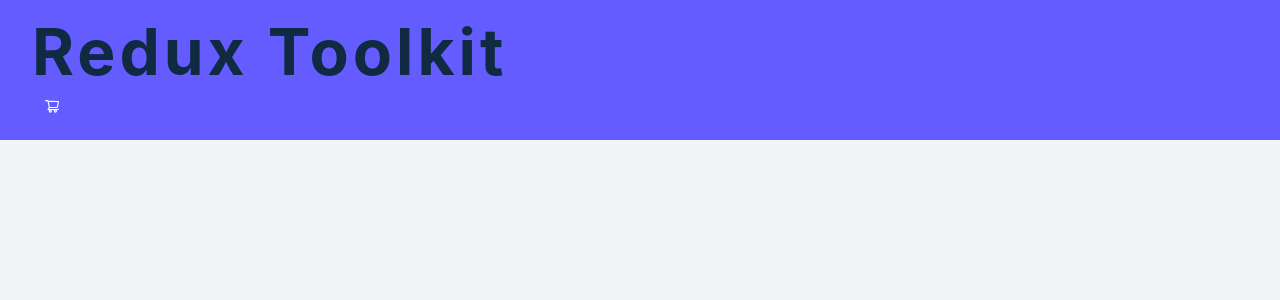
Repository: Nurlan-Bakenbaev/ReduxToolit
Page: /
An editor plug-in stored every save of this project. The page is shown before and after the next save, followed by the edit.
The browser window is 1280 px wide. The pictures show the whole page.
The project was rebuilt for these pictures with package versions that can differ from the ones it lists, and the page was loaded fresh each time.

Above is the page before, as saved 2023-11-08 11:04:17.

### src/index.js
import React from "react";
import { createRoot } from "react-dom/client";
import "./index.css";
import App from "./App";
import store from "./redux/store";
import { Provider } from "react-redux";
const container = document.getElementById("root");
const root = createRoot(container);

root.render(
  <React.StrictMode>
    <Provider store={store}>
      <App />
    </Provider>
  </React.StrictMode>
);

### src/App.js
import React from "react";
import Navbar from "./components/Navbar";
function App() {
  return (
    <div>
      <Navbar />
    </div>
  );
}
export default App;

### src/redux/store.js
import { configureStore } from "@reduxjs/toolkit";
import cartReducer from "./features/cartSlice";
const store = configureStore({
  reducer: {
    cart: cartReducer },
});
export default store;

### src/components/Navbar.js
import React from "react";
import { AiOutlineShoppingCart } from "react-icons/ai";

const Navbar = () => {
  return (
    <nav>
      <h1> Redux Toolkit</h1>
      <span>
        <AiOutlineShoppingCart />
      </span>
    </nav>
  );
};
export default Navbar;

### src/redux/features/cartSlice.js
import { createSlice } from "@reduxjs/toolkit";
const initialState = {
  cartItems: [],
  amount: 0,
  total: 0,
  isLoading: true,
};
const cartSlice = createSlice({
  name: "cart",
  initialState,
});
export default cartSlice.reducer;

Loaded but not shown: public/index.html (common file); src/index.css (common file)

After the next save:
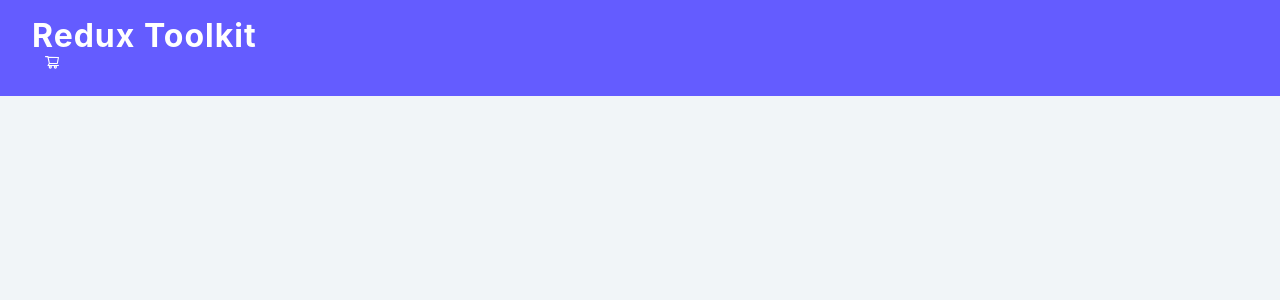
Saved 13 s later.
--- a/src/components/Navbar.js
+++ b/src/components/Navbar.js
@@ -4,7 +4,7 @@
 const Navbar = () => {
   return (
     <nav>
-      <h1> Redux Toolkit</h1>
+      <h3> Redux Toolkit</h3>
       <span>
         <AiOutlineShoppingCart />
       </span>
